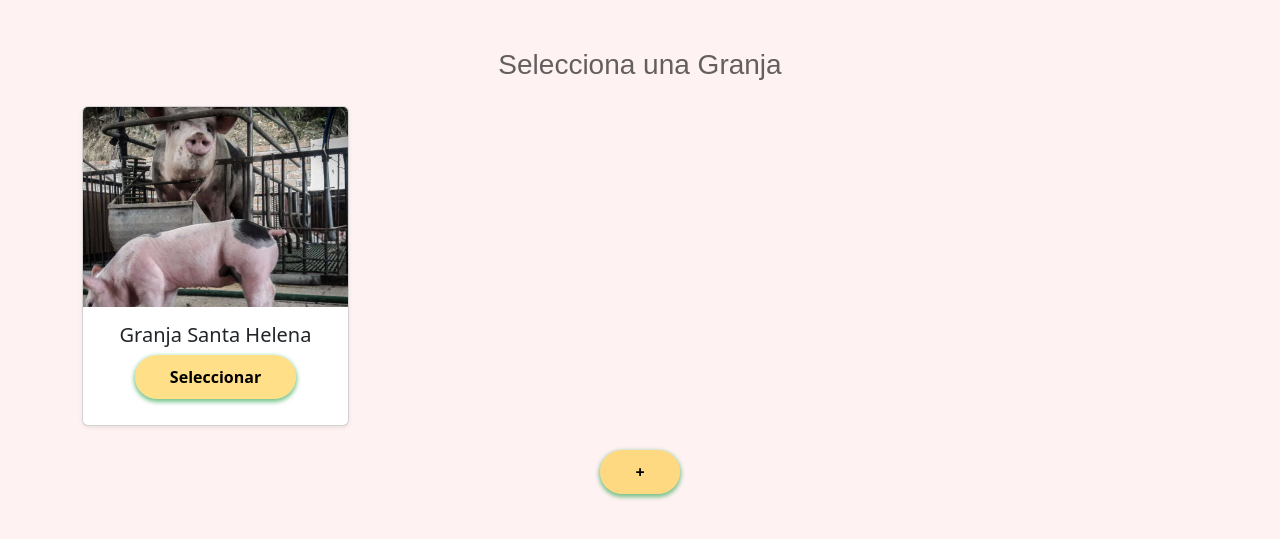
Repository: Mateojimenezz/Granja-Santa-Helena
Page: seleccionarGranja.html
These files come from the project's save history. The page is drawn as it stood at one moment and after a run of saves; the edit follows.
The browser window is 1280 px wide. The pictures show the whole page.
Some web fonts or font styles are not loaded; a fallback is used.

Above is the page before, as saved 2025-05-13 09:34:03.

After the next 2 saves:
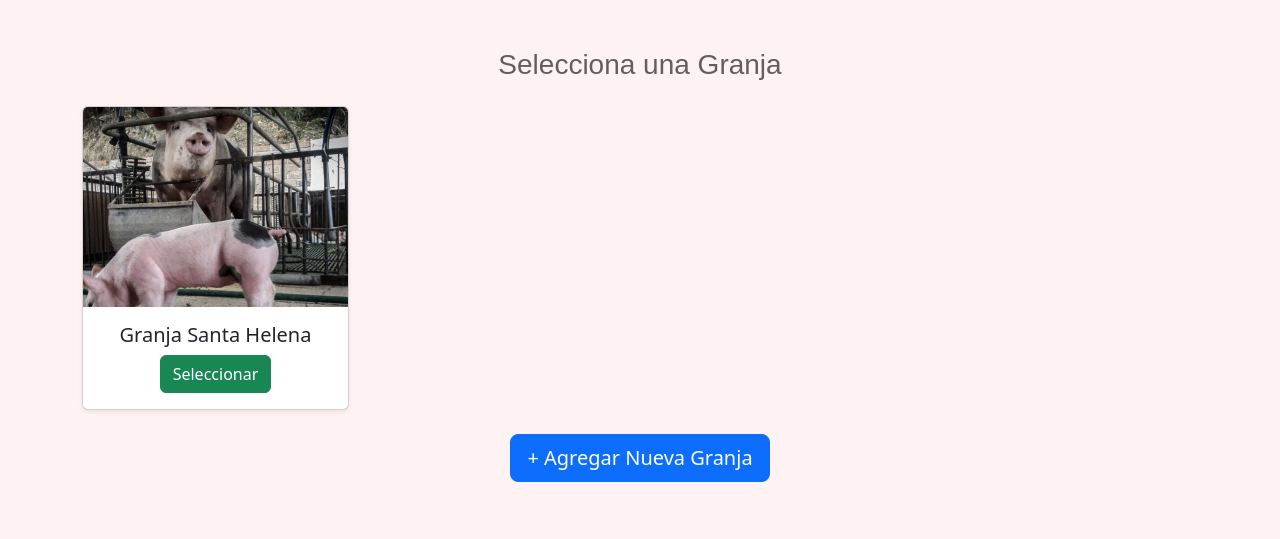
The 2 saves are shown as one change because they came seconds apart.
The last was saved 22 s later.
--- a/seleccionarGranja.html
+++ b/seleccionarGranja.html
@@ -22,7 +22,7 @@
                     <img src="./assets/img/granja2.jpg" class="card-img-top" alt="Santa Helena">
                     <div class="card-body text-center">
                         <h5 class="card-title">Granja Santa Helena</h5>
-                        <button class="btn btn-form" onclick="seleccionarGranja('Santa Helena')">Seleccionar</button>
+                        <button class="btn btn-success" onclick="seleccionarGranja('Santa Helena')">Seleccionar</button>
                     </div>
                 </div>
             </div>
@@ -32,7 +32,7 @@
 
         <!-- Botón para ir a la página de agregar nueva granja -->
         <div class="text-center mt-4">
-            <a id="agregar-granja" href="agregarGranja.html" class="btn btn-form "> + </a>
+            <a href="agregarGranja.html" class="btn btn-primary btn-lg">+ Agregar Nueva Granja</a>
         </div>
     </div>
 
